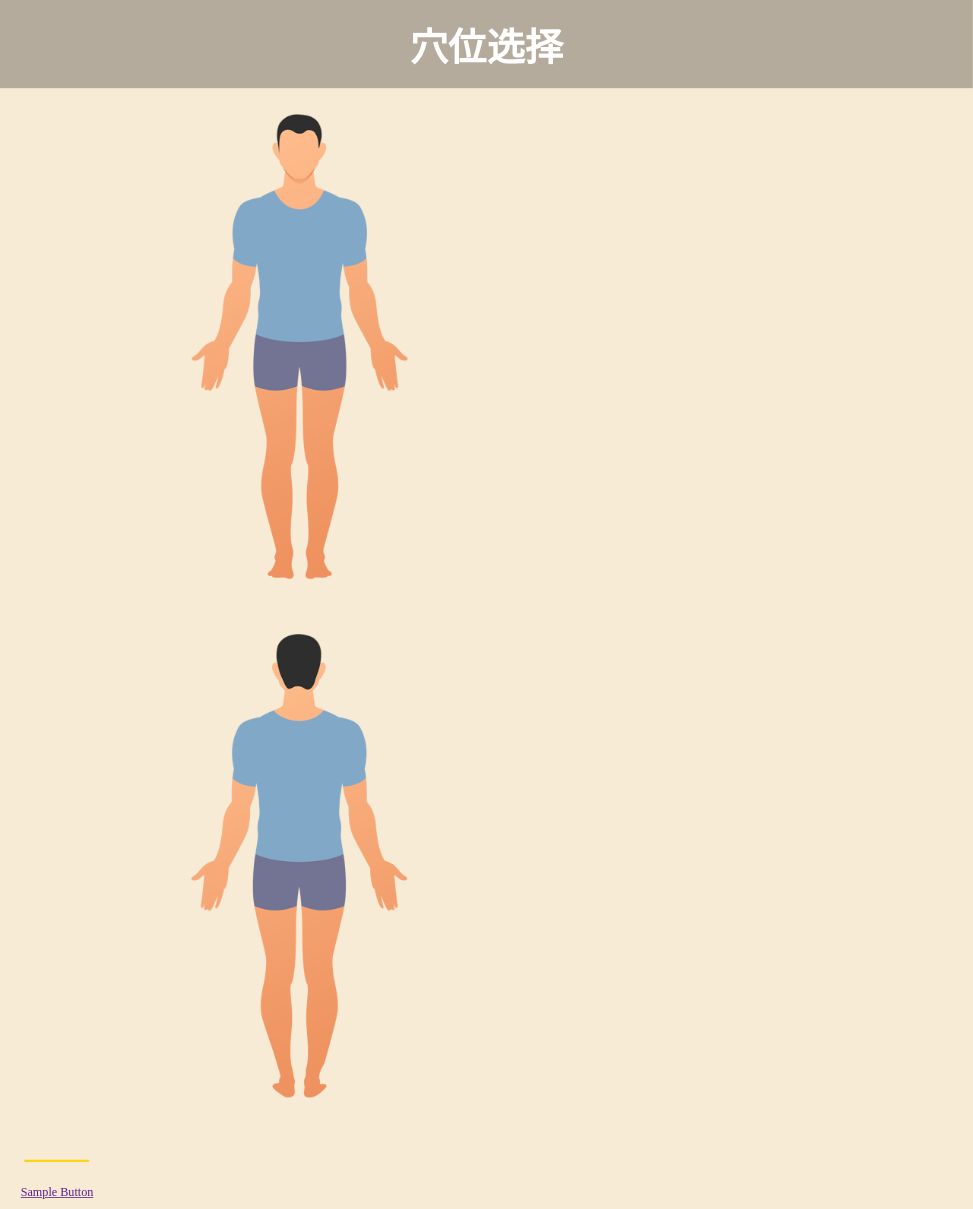
Repository: chjyume/zhongyi
Page: xuewei.html
An editor plug-in stored every save of this project. The page is shown before and after the next save, followed by the edit.
The browser window is 1280 px wide. The pictures show the whole page, at 76% of full size.

Above is the page before, as saved 2023-09-12 19:45:54.

### xuewei.html
<!DOCTYPE html>
<html>

<head>
  <meta charset="utf-8" />
  <title>穴位</title>
  <link rel="stylesheet" type="text/css" href="css/xuewei.css">
</head>

<body>
  <header class="top-bar">
    <h1>穴位选择</h1>
  </header>
  <div class="container">
    <img src="img/xuewei/man1.png" alt="正面" class="img1">
    <img src="img/xuewei/man2.png" alt="反面" class="img2">
    <div class="btn">
      <div class="set_7_btn-wrapper"> <svg height="45" width="150" xmlns="#">
          <rect id="set_7_button2" height="45" width="150"></rect>
        </svg>
        <div id="set_7_text"> <a href="">Sample Button</a> </div>
      </div>
    </div>
  </div>
</body>

</html>

### css/xuewei.css
body{
    background-color: rgb(248, 235, 213);
    margin: 0;
    padding: 0;
}
.top-bar {
background-color: #33333358;
color: #fff;
padding: 3vh;
text-align: center;
top: 0;
left: 0;
width: 100%;
box-sizing: border-box;

}

.top-bar h1 {
font-size: 7vh;
margin: 0;
}
img{
    margin-left:20vh ;
}
.set_7_btn-wrapper {
    float: left;
    width: auto;
    line-height: 45px;

    margin-right: 2em;
    text-align: center;
}
#set_7_button2 {
    stroke-width: 6px;
    fill: transparent;
    stroke: #ffd311;
    stroke-dasharray: 85 400;
    stroke-dashoffset: -228;
    transition: 1s all ease;
}

.set_7_btn-wrapper:hover #set_7_button2 {
    stroke-dasharray: 50 0;
    stroke-width: 3px;
    stroke-dashoffset: 0;
    stroke: #ffd311;
}

After the next save:
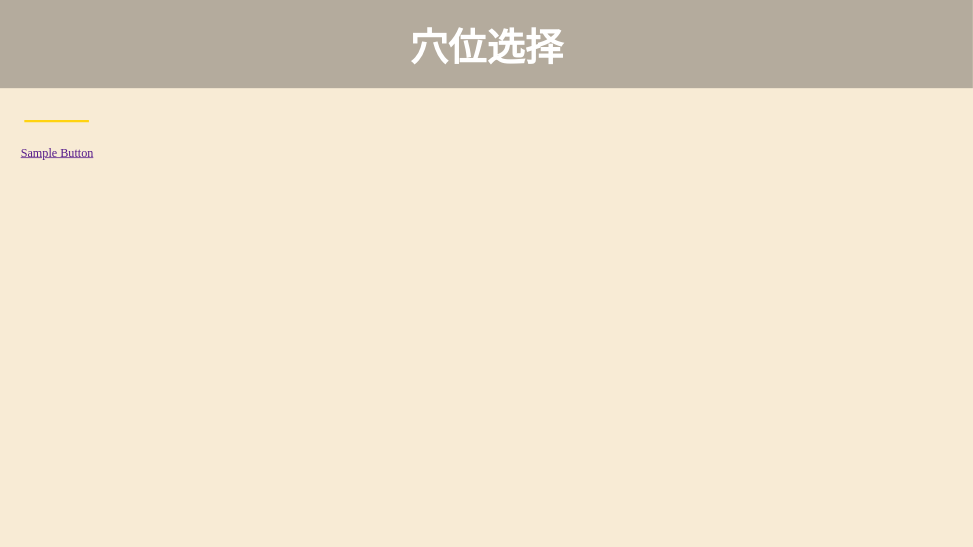
Saved 15 s later.
--- a/xuewei.html
+++ b/xuewei.html
@@ -12,8 +12,8 @@
     <h1>穴位选择</h1>
   </header>
   <div class="container">
-    <img src="img/xuewei/man1.png" alt="正面" class="img1">
-    <img src="img/xuewei/man2.png" alt="反面" class="img2">
+    <!-- <img src="img/xuewei/man1.png" alt="正面" class="img1">
+    <img src="img/xuewei/man2.png" alt="反面" class="img2"> -->
     <div class="btn">
       <div class="set_7_btn-wrapper"> <svg height="45" width="150" xmlns="#">
           <rect id="set_7_button2" height="45" width="150"></rect>
